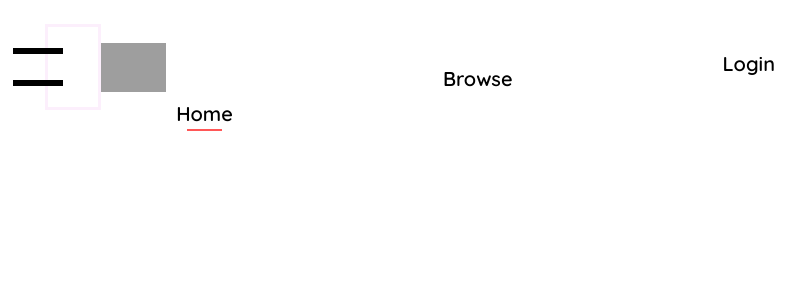
Repository: m-ahmadshaikh/shop-it
Page: /
These files come from the project's save history. The page is drawn as it stood at one moment and after the next save; the edit follows.
The browser window is 600 px wide. The page is 785 px wide, then 600 px, then 785 px, so the pictures cover 785 px, including what lies to the right of the window. The pictures show the whole page.
Pictures or frames that could not be fetched are drawn as grey boxes. The project was rebuilt for these pictures with package versions that can differ from the ones it lists, and the page was loaded fresh each time. Also part of the build but not shown: vite.config.js.

Above is the page before, as saved 2022-10-08 21:32:48.

### index.html
<!DOCTYPE html>
<html lang="en">
  <head>
    <meta charset="UTF-8" />
    <meta name="viewport" content="width=device-width, initial-scale=1.0" />
    <link rel="preconnect" href="https://fonts.googleapis.com" />
    <link rel="preconnect" href="https://fonts.gstatic.com" crossorigin />
    <link
      href="https://fonts.googleapis.com/css2?family=Quicksand:wght@300;400;500;600;700&display=swap"
      rel="stylesheet" />
    <title>Shop It</title>
  </head>
  <body>
    <div id="root"></div>
    <script type="module" src="/src/main.jsx"></script>
  </body>
</html>

### src/main.jsx
import React from 'react';
import ReactDOM from 'react-dom/client';
import { BrowserRouter } from 'react-router-dom';
import App from './App';
import './assets/global.css';
ReactDOM.createRoot(document.getElementById('root')).render(
  <React.StrictMode>
    <BrowserRouter>
      <App />
    </BrowserRouter>
  </React.StrictMode>
);

### src/App.jsx
import { Route, Routes } from 'react-router-dom';
import './App.css';
import Layout from './layouts/Layout';

function App() {
  return (
    <div className="App">
      <Routes>
        <Route path="/" element={<Layout />}></Route>
      </Routes>
    </div>
  );
}

export default App;

### src/assets/global.css
:root {
  font-family: 'Quicksand', sans-serif;
  --primary-color: #ff2947;
}

body {
  font-family: 'Quicksand', sans-serif;
  margin: 0;
  padding: 0;
  height: 100vh;
}

img {
  width: 100%;
}

### src/layouts/Layout.jsx
import React from 'react';
import MainNavigation from './MainNavigation';

function Layout({ children }) {
  return (
    <div>
      <MainNavigation />
      {children}
    </div>
  );
}

export default Layout;

### src/layouts/MainNavigation.jsx
import React, { useState } from 'react';
import { NavLink } from 'react-router-dom';
import classes from './MainNavigation.module.css';
function MainNavigation() {
  const [open, setOpen] = useState(false);

  return (
    <div className={classes.header}>
      <div
        style={{ display: open ? 'block' : 'none' }}
        className={classes.backdrop}></div>

      <div
        onClick={() => {
          setOpen((prevState) => !prevState);
        }}
        className={
          open
            ? `${classes.menu_button} ${classes.openbtn}`
            : `${classes.menu_button} `
        }>
        <div className={classes.menu_btn__burger}></div>
      </div>
      <img
        src="https://shop-it-ff797.web.app/static/media/logo.2bd99daa.png"
        alt="The logo of the app saying SHOP IT"
        className={classes.logo}
      />
      <nav className={classes.nav}>
        <ul className={classes.nav__list}>
          <div
            className={
              open ? `${classes.drawer} ${classes.open} ` : `${classes.drawer}`
            }>
            <li className={classes.list__item}>
              <NavLink
                className={({ isActive }) => {
                  return isActive ? `${classes.active}` : '';
                }}
                to="/">
                Home
              </NavLink>
            </li>
            <li className={classes.list__item}>
              <NavLink
                to="/browse"
                className={({ isActive }) => {
                  return isActive ? `${classes.active}` : '';
                }}>
                Browse
              </NavLink>
            </li>
          </div>
          <li className={classes.list__item}>
            <NavLink
              className={({ isActive }) => {
                return isActive ? `${classes.active}` : '';
              }}
              to="/login">
              Login
            </NavLink>
          </li>
        </ul>
      </nav>
    </div>
  );
}

export default MainNavigation;

### src/layouts/MainNavigation.module.css
.header {
  display: flex;
  justify-content: space-between;
  align-items: center;

  padding: 0 .8em;
  height: 70px;
  margin: 0;
  text-align: center;
}

.logo {
  width: 147px;
  height: 49px;
}


.nav__list {
  list-style: none;
  padding: 0;
}

.drawer {
  position: absolute;
  height: 100%;
  top: 0;
  left: 0;
  z-index: 1;
  background-color: white;
  width: 320px;
  position: fixed;
  transition: all .3s ease-in;
  height: 100%;
  border-top-right-radius: 10px;
  border-bottom-right-radius: 10px;
  transform: translateX(-100%);

}


.open {
  transform: translateX(0%);

}

.backdrop {
  position: fixed;
  top: 0;
  right: 0;
  bottom: 0;
  left: 0;
  background: black;
  opacity: 0.5;
  z-index: 1;
}



.list__item>a {
  text-decoration: none;
  font: inherit;
  color: black;
  font-weight: 600;
  font-size: 1.25rem;
  display: inline-block;
  position: relative;
}


.list__item>a::after {
  content: "";
  display: block;
  margin: 3px auto;
  height: 2px;
  width: 0;
  bottom: 0;
  background: transparent;
  transition: all 0.3s;

}


li>a:hover::after, li>a.active::after {
  width: 60%;
  background: #FF5757;
}

.menu_button {
  display: flex;
  justify-content: center;
  align-items: center;
  width: 80px;
  height: 80px;
  cursor: pointer;
  transition: all .5s ease-in-out;
  border: 3px solid #c1c1;
  z-index: 399;
  position: relative;

}

.menu_btn__burger {

  width: 50px;
  height: 6px;
  background-color: black;
  border: 5px;
  transition: all .5s ease-in-out;

}

.menu_btn__burger::before, .menu_btn__burger::after {
  content: '';
  left: 15px;
  position: absolute;
  width: 50px;
  height: 6px;
  background-color: black;
  border: 5px;
  transition: all .5s ease-in-out;

}

.menu_btn__burger::before {

  transform: translateY(-16px);
}

.menu_btn__burger::after {

  transform: translateY(16px);
}

.openbtn, .menu_btn__burger {
  transform: translateX(-50px);
  background: transparent;
  box-shadow: none;
}

@media (min-width:600px) {

  .hamburger {
    display: none;
  }

  .drawer {
    all: unset;
  }


  .nav__list, .drawer {
    display: flex;
    align-items: center;
  }


  .list__item {
    padding: 10px;

  }


}

@media (max-width:600px) {

  .drawer>.list__item {
    margin-top: 30px;

  }

  .drawer>.list__item:first-child {
    margin-top: 100px;

  }

  .drawer>.list__item {
    padding-right: 200px;

  }
}

Loaded but not shown: src/App.css (common file)

After the next save:
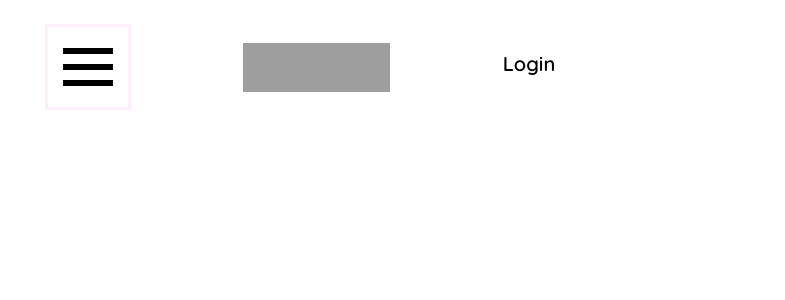
Saved 8 s later.
--- a/src/layouts/MainNavigation.module.css
+++ b/src/layouts/MainNavigation.module.css
@@ -132,50 +132,50 @@
 }
 
 .openbtn, .menu_btn__burger {
-  transform: translateX(-50px);
+  /* transform: translateX(-50px);
   background: transparent;
   box-shadow: none;
-}
+} */
 
-@media (min-width:600px) {
+  @media (min-width:600px) {
 
-  .hamburger {
-    display: none;
-  }
+    .hamburger {
+      display: none;
+    }
 
-  .drawer {
-    all: unset;
-  }
+    .drawer {
+      all: unset;
+    }
 
 
-  .nav__list, .drawer {
-    display: flex;
-    align-items: center;
-  }
+    .nav__list, .drawer {
+      display: flex;
+      align-items: center;
+    }
 
 
-  .list__item {
-    padding: 10px;
+    .list__item {
+      padding: 10px;
+
+    }
+
 
   }
 
+  @media (max-width:600px) {
 
-}
+    .drawer>.list__item {
+      margin-top: 30px;
 
-@media (max-width:600px) {
+    }
 
-  .drawer>.list__item {
-    margin-top: 30px;
+    .drawer>.list__item:first-child {
+      margin-top: 100px;
 
+    }
+
+    .drawer>.list__item {
+      padding-right: 200px;
+
+    }
   }
-
-  .drawer>.list__item:first-child {
-    margin-top: 100px;
-
-  }
-
-  .drawer>.list__item {
-    padding-right: 200px;
-
-  }
-}

After the 2 saves that followed:
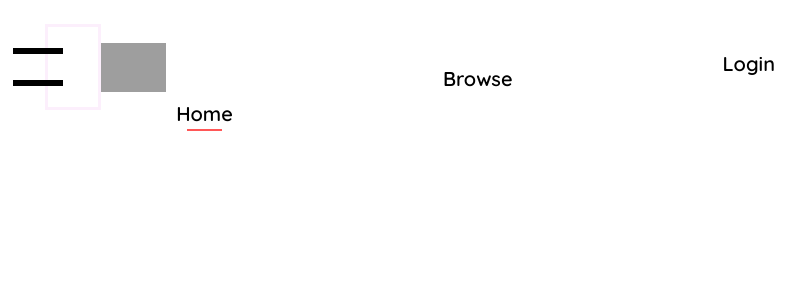
The 2 saves are shown as one change because they came seconds apart.
The last was saved 8 s later.
--- a/src/layouts/MainNavigation.module.css
+++ b/src/layouts/MainNavigation.module.css
@@ -132,50 +132,50 @@
 }
 
 .openbtn, .menu_btn__burger {
-  /* transform: translateX(-50px);
+  transform: translateX(-50px);
   background: transparent;
   box-shadow: none;
-} */
+}
 
-  @media (min-width:600px) {
+@media (min-width:600px) {
 
-    .hamburger {
-      display: none;
-    }
+  .hamburger {
+    display: none;
+  }
 
-    .drawer {
-      all: unset;
-    }
+  .drawer {
+    all: unset;
+  }
 
 
-    .nav__list, .drawer {
-      display: flex;
-      align-items: center;
-    }
+  .nav__list, .drawer {
+    display: flex;
+    align-items: center;
+  }
 
 
-    .list__item {
-      padding: 10px;
-
-    }
-
+  .list__item {
+    padding: 10px;
 
   }
 
-  @media (max-width:600px) {
 
-    .drawer>.list__item {
-      margin-top: 30px;
+}
 
-    }
+@media (max-width:600px) {
 
-    .drawer>.list__item:first-child {
-      margin-top: 100px;
+  .drawer>.list__item {
+    margin-top: 30px;
 
-    }
+  }
 
-    .drawer>.list__item {
-      padding-right: 200px;
+  .drawer>.list__item:first-child {
+    margin-top: 100px;
 
-    }
   }
+
+  .drawer>.list__item {
+    padding-right: 200px;
+
+  }
+}
